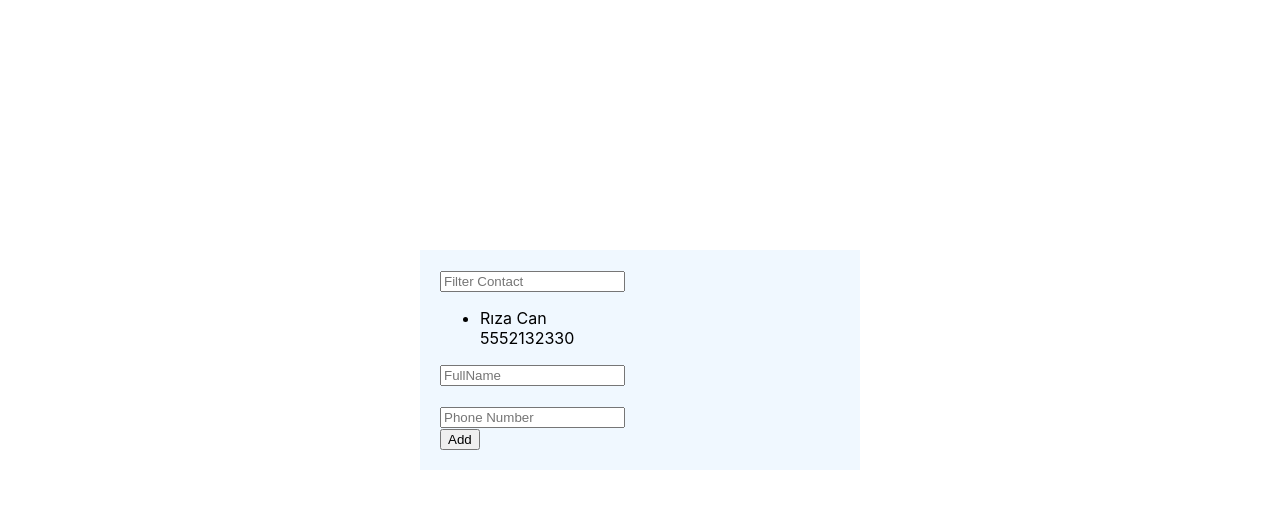
Repository: rizacantire/patika-react
Page: / (app in hello/)
An editor plug-in stored every save of this project. The page is shown before and after the next save, followed by the edit.
The browser window is 1280 px wide. The pictures show the whole page.
The project was rebuilt for these pictures with package versions that can differ from the ones it lists, and the page was loaded fresh each time.

Above is the page before, as saved 2021-12-14 14:53:14.

### hello/src/App.js

import './App.css';
import Contacts from './components/Contacts';

function App() {

  return (
    <div className="App">
      <Contacts/>
    </div>
  );
}

export default App;

### hello/src/App.css
.App {
  display: flex;
  justify-content: center;
  align-items: center;
  min-height: 100vh;


}

#container{
  width: 400px;
  background-color: aliceblue;
  padding:20px
}

### hello/src/components/Contacts/index.js
import React, { useEffect, useState } from 'react'
import Form from './Form'
import ContactList from './List'
function Contacts() {
    const [contacts, setContacts] = useState([{fullname:"Rıza Can",phone_number:5552132330}])
    useEffect(()=>{
        console.log(contacts);
    },[contacts])
    return (
        <div id="container">
            <ContactList contacts={contacts}/>
            <Form addContact={setContacts} contacts={contacts}/>
        </div>
    )
}

export default Contacts

### hello/src/components/Contacts/Form/index.js
import React, { useState } from 'react'

function Form({addContact,contacts}) {
    const initialFormValues = {fullname:"",phone_number:""}
    const [form, setForm] = useState(initialFormValues)

    const onChangeInput = (e)=>{
        setForm({...form,[e.target.name]:e.target.value})
    }

    const onSubmit = (e)=>{
        e.preventDefault()
        if(form.fullname === ""|| form.phone_number===""){
            return false;
        }
        addContact([...contacts,form])
        setForm(initialFormValues)
    }
    return (
        <div>
            <form onSubmit={onSubmit} >
            <input name="fullname"  placeholder='FullName'
            value={form.fullname}
             onChange={onChangeInput}/>
            <br/>
            <br/>
            <input value={form.phone_number} name="phone_number"  placeholder='Phone Number' onChange={onChangeInput}/>
            <div><button>Add</button></div>
            </form>

        </div>
    )
}

export default Form

### hello/src/components/Contacts/List/index.js
import React, { useState } from 'react'
import { useEffect } from 'react/cjs/react.development'

function ContactList({contacts}) {
    const [filterText, setFilterText] = useState("")
    const filtered = contacts.filter((item)=>{
        return Object.keys(item).some((key)=>
            item[key].toString().toLowerCase().includes(filterText.toLocaleLowerCase())
        )
    })
    useEffect(() => {
        console.log(filtered);
    },[filterText])


    return (
        <div>
            <input placeholder='Filter Contact' value={filterText} onChange={(e)=>{
                setFilterText(e.target.value)
            }} />


            <ul>
            {filtered.map((c,i)=>(

               <li key={i}>{c.fullname}
               <br/>
              {c.phone_number}</li>


            ))} </ul>
        </div>
    )
}

export default ContactList

Loaded but not shown: hello/public/index.html (common file); hello/src/index.js (common file); hello/src/index.css (common file); hello/src/reportWebVitals.js (common file)

After the next save:
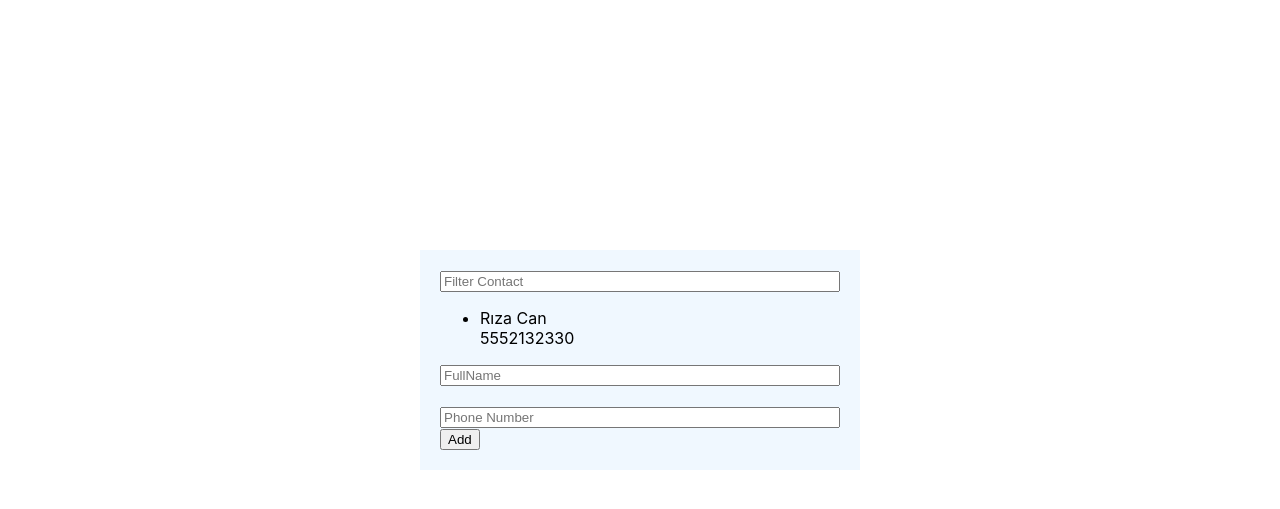
Saved 45 s later.
--- a/hello/src/App.css
+++ b/hello/src/App.css
@@ -12,3 +12,8 @@
   background-color: aliceblue;
   padding:20px
 }
+input{
+  width:  100%;
+  box-sizing: border-box;
+  -webkit-box-sizing: border-box;
+}
